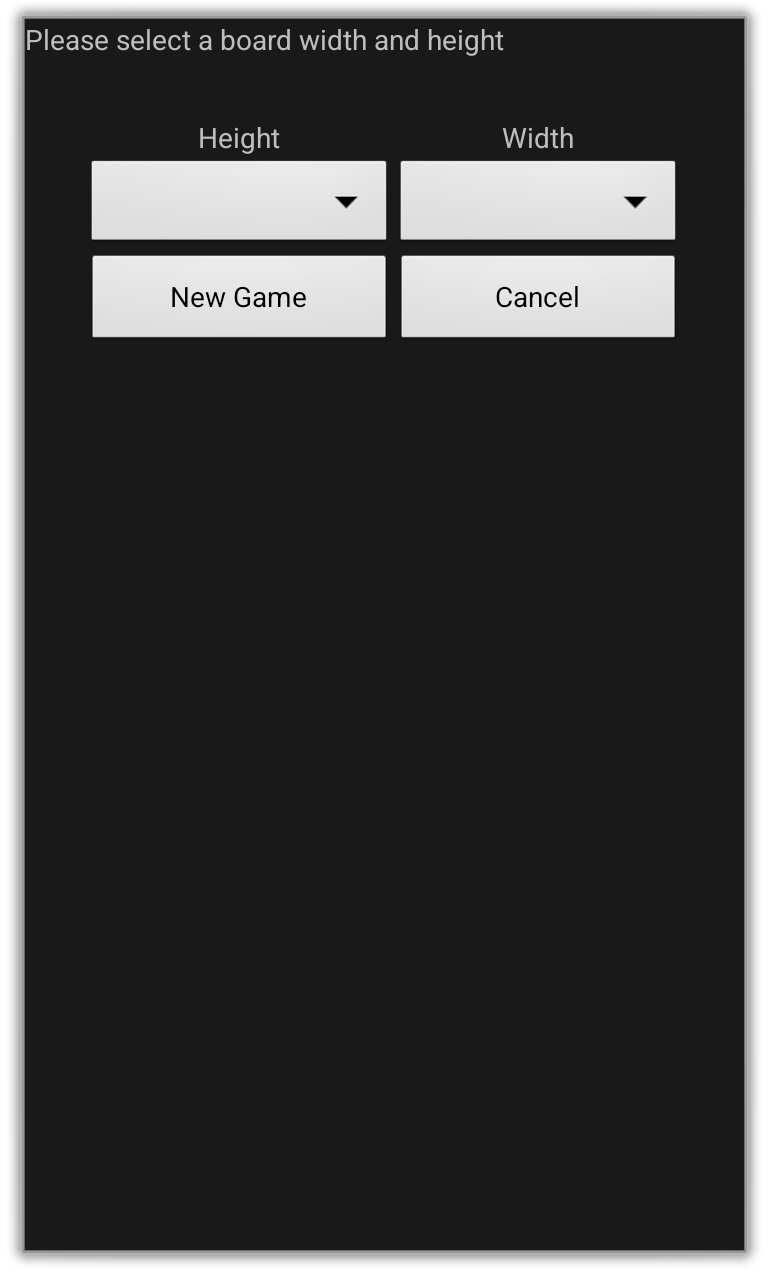
Repository: rickydalziel/project
Layout: Numbersorter/res/layout/new_game_dialog.xml
An editor plug-in stored every save of this project. The layout is shown before and after the next save, followed by the edit.
It is drawn on a 768 x 1280 px phone screen (xhdpi) without system bars, with theme android:Theme.Dialog; the app's code is not run.

Above is the layout before, as saved 2013-02-14 11:40:31.

After the next save:
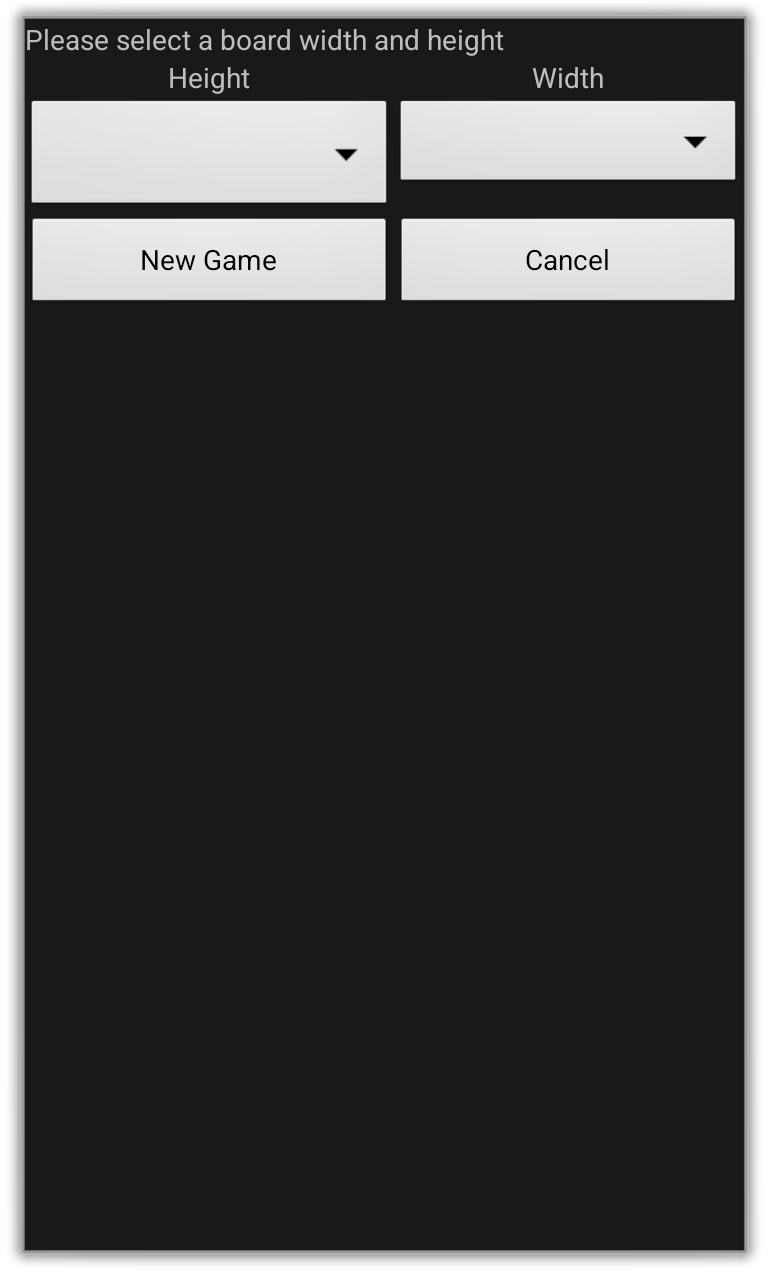
Saved 63 s later.
--- a/Numbersorter/res/layout/new_game_dialog.xml
+++ b/Numbersorter/res/layout/new_game_dialog.xml
@@ -17,8 +17,7 @@
 	        android:layout_height="wrap_content"
 	        android:layout_width="wrap_content"
 	        android:layout_gravity="center"
-	        android:stretchColumns="*"
-	        android:padding="30dip">>
+	        android:stretchColumns="*">
 
 
 
@@ -47,14 +46,14 @@
 
 
 				<Spinner
-				    android:paddingTop="10dp"
+				    android:padding="30dp"
 				    android:id="@+id/heightspinner"
 				    android:layout_width="fill_parent"
 				  	android:layout_height="wrap_content"
 				  	android:drawSelectorOnTop="true" />
 
 				<Spinner
-				    android:paddingTop="10dp"
+				    android:paddingTop="30dp"
 				    android:id="@+id/widthspinner"
 				    android:layout_width="fill_parent"
 				  	android:layout_height="wrap_content"
@@ -66,8 +65,7 @@
 
 
 
-		    <TableRow
-		        android:padding="0dp">
+		    <TableRow>
 
 		        <Button
 		            android:id="@+id/start_new_game_button"
